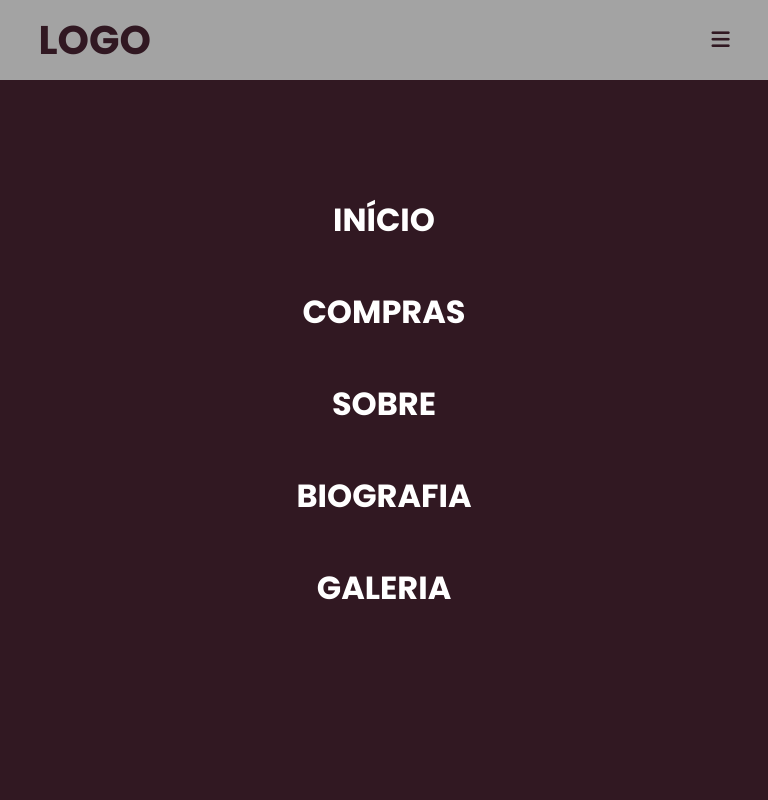
Repository: Matheus904-12/Teste
Page: teste.html
The author's editor kept a copy of each file at every save. The page is drawn from the files as they stood at one save, then again after the next save.
The browser window is 768 px wide. The pictures show the whole page.
Some web libraries are served in a nearby version.

Above is the page before, as saved 2023-11-01 10:57:37.

After the next save:
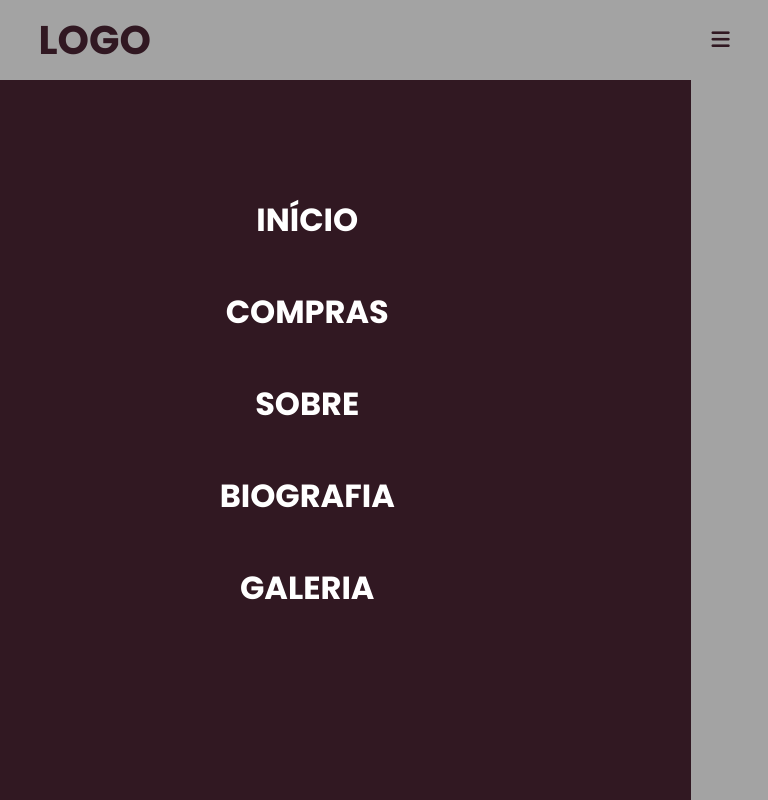
Saved 10 s later.
--- a/css.css
+++ b/css.css
@@ -81,7 +81,7 @@
         flex-direction: column;
         row-gap: 2rem;
         position: absolute;
-        left: -00%;
+        left: -10%;
         top: 80px;
         width: 100%;
         padding-top: 110px;

After the save that followed:
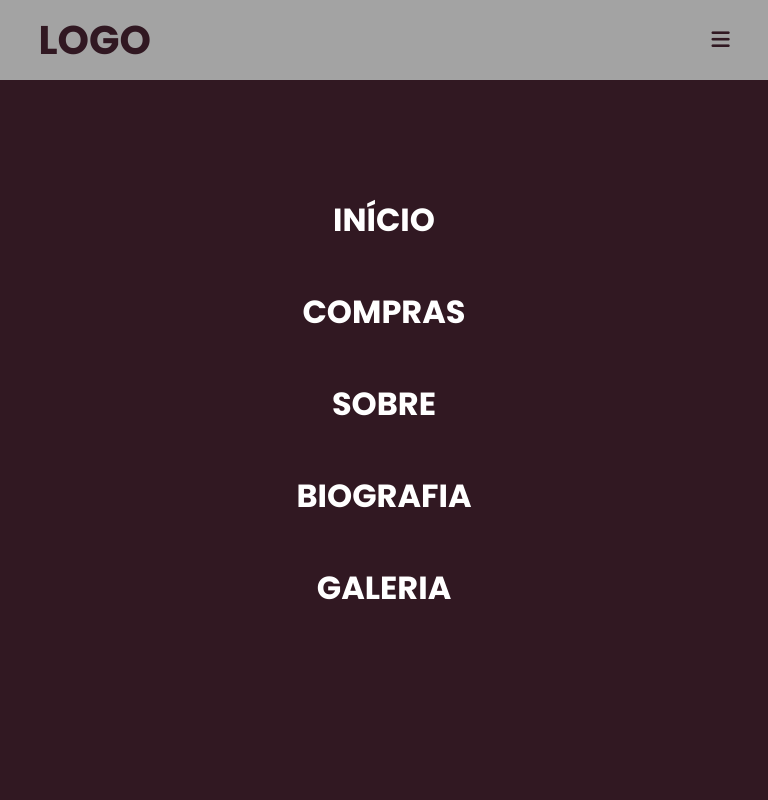
Saved 23 s later.
--- a/css.css
+++ b/css.css
@@ -81,7 +81,7 @@
         flex-direction: column;
         row-gap: 2rem;
         position: absolute;
-        left: -10%;
+        left: -00%;
         top: 80px;
         width: 100%;
         padding-top: 110px;
